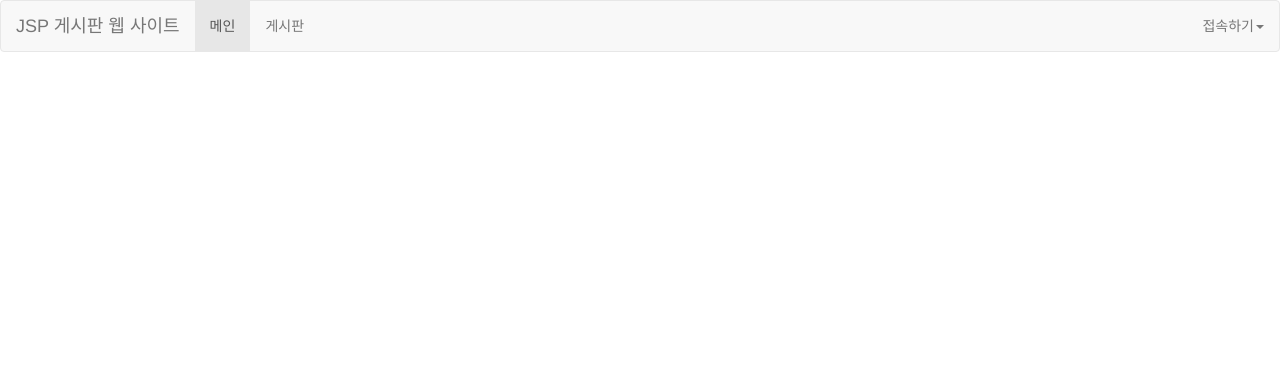
Repository: dirn0568/project
Page: http://localhost/myWeb/write.jsp
An editor plug-in stored every save of this project. The page is shown before and after the next save, followed by the edit.
The browser window is 1280 px wide. The pictures show the whole page.
Some web libraries are served in a nearby version. The page is served by Tomcat 9. Other server files are loaded and not shown.

Above is the page before, as saved 2022-10-07 14:16:50.

### myWeb/src/main/webapp/write.jsp
<%@ page language="java" contentType="text/html; charset=UTF-8"
    pageEncoding="UTF-8"%>
<%@ page import="java.io.PrintWriter" %>
<% request.setCharacterEncoding("UTF-8"); %>
<!DOCTYPE html>
<html>
<head>
<meta charset="UTF-8">
<meta name="viewport" content="width-device-width", initial-scale="1">
<link rel="stylesheet" href="css/bootstrap.css">
<title>JSP 게시판 웹 사이트</title>
</head>
<body>
	<nav class="navbar navbar-default">
		<div class="navbar-header">
			<button type="button" class="navbar-toggle collapsed"
				data-toggle="collapse" data-target="#bs-example-navbar-collapse-1"
				aria-expanded="false">
				<span class="icon-bar"></span>
				<span class="icon-bar"></span>
				<span class="icon-bar"></span>
				</button>
				<a class="navbar-brand" href="main.jsp">JSP 게시판 웹 사이트</a>
		</div>
		<div class="collapse navbar-collapse" id="bs-example-navbar-collapse-1">
			<ul class="nav navbar-nav">
				<li class="active"><a href="main.jsp">메인</a></li>
				<li><a href="board.jsp">게시판</a></li>
			</ul>
			<%
				Object register = session.getAttribute("userID");
				if (register == null) {
			%>
			<ul class="nav navbar-nav navbar-right">
				<li class="dropdown">
					<a href="#" class="dropdown-toggle"
						data-toggle="dropdown" role="button" aria-haspopup="true"
						aria-expanded="false">접속하기<span class="caret"></span></a>
					<ul class="dropdown-menu">
						<li><a href="login.jsp">로그인</a></li>
						<li><a href="join.jsp">회원가입</a></li>
					</ul>
				</li>
			</ul>
			<%
				} else {
			%>
			<ul class="nav navbar-nav navbar-right">
				<li class="dropdown">
					<a href="#" class="dropdown-toggle"
						data-toggle="dropdown" role="button" aria-haspopup="true"
						aria-expanded="false">회원관리<span class="caret"></span></a>
					<ul class="dropdown-menu">
						<li><a href="logoutAction.jsp">로그아웃</a></li>
					</ul>
				</li>
			</ul>
			<%
				}
			%>
		</div>
	</nav>
	<script src="https://code.jquery.com/jquery-3.1.1.min.js"></script>
	<script src="js/bootstrap.js"></script>
</body>
</html>

Loaded but not shown: myWeb/src/main/webapp/css/bootstrap.css (library); myWeb/src/main/webapp/js/bootstrap.js (library)

After the next save:
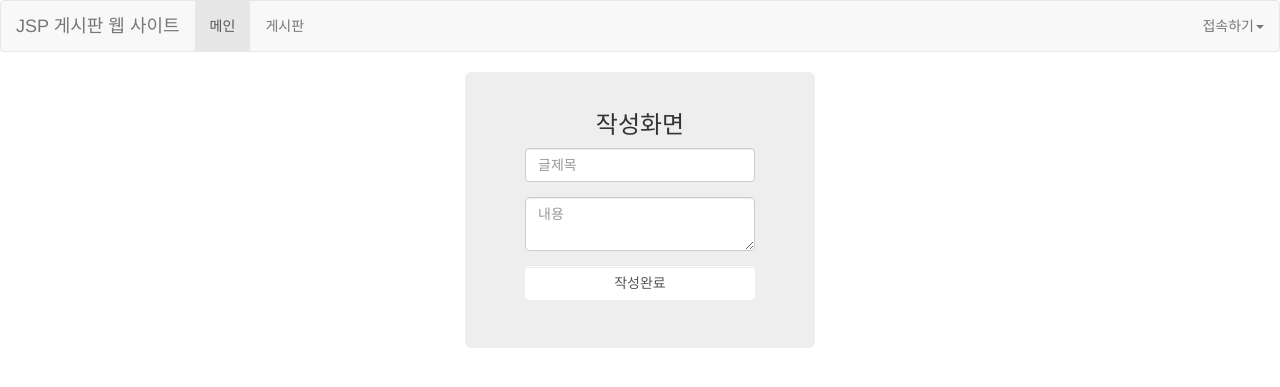
Saved 32 min 5 s later.
--- a/myWeb/src/main/webapp/write.jsp
+++ b/myWeb/src/main/webapp/write.jsp
@@ -60,6 +60,24 @@
 			%>
 		</div>
 	</nav>
+	<div class="container">
+		<div class="col-lg-4"></div>
+		<div class="col-lg-4">
+			<div class="jumbotron" style="padding-top:20px;">
+				<form method="post" action="wirteAction.jsp">
+					<h3 style="text-align:center;">작성화면</h3>
+					<div class="form-group">
+						<input type="text" class="form-control" placeholder="글제목" name="boardtitle" maxlength="20">
+					</div>
+					<div class="form-group">
+						<textarea class="form-control" placeholder="내용" name="boardcontent"></textarea>
+					</div>
+					<input type="submit" class="btn btn-trimary form-control" value="작성완료">
+				</form>
+			</div>
+		</div>
+		<div class="col-lg-4"></div>
+	</div>
 	<script src="https://code.jquery.com/jquery-3.1.1.min.js"></script>
 	<script src="js/bootstrap.js"></script>
 </body>
